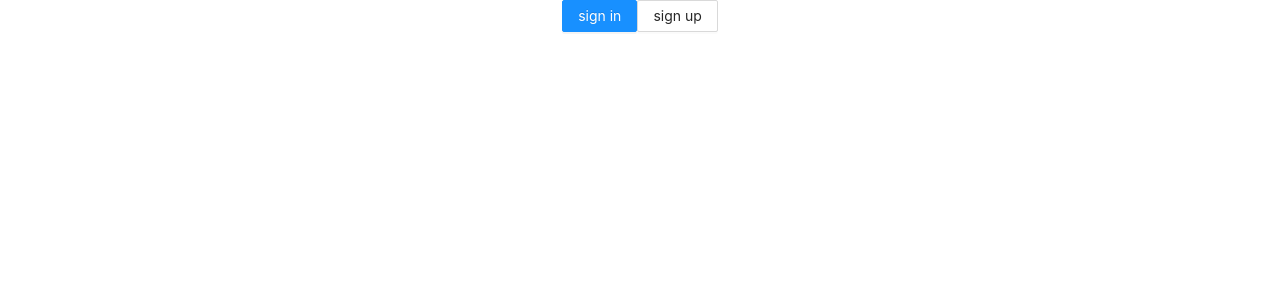
Repository: ErosHai/antd-demo
Page: /
An editor plug-in stored every save of this project. The page is shown before and after the next save, followed by the edit.
The browser window is 1280 px wide. The pictures show the whole page.
The project was rebuilt for these pictures with package versions that can differ from the ones it lists, and the page was loaded fresh each time.

Above is the page before, as saved 2022-04-12 13:49:22.

### src/App.js
import './App.css'
import { Button } from 'antd'

function App() {
	return (
		<div className="App">
			<Button type="primary">sign in</Button>
			<Button type="default">sign up</Button>
		</div>
	)
}

export default App

Loaded but not shown: public/index.html (common file); src/index.js (common file); src/index.css (common file); src/reportWebVitals.js (common file); src/App.css (common file)

After the next save:
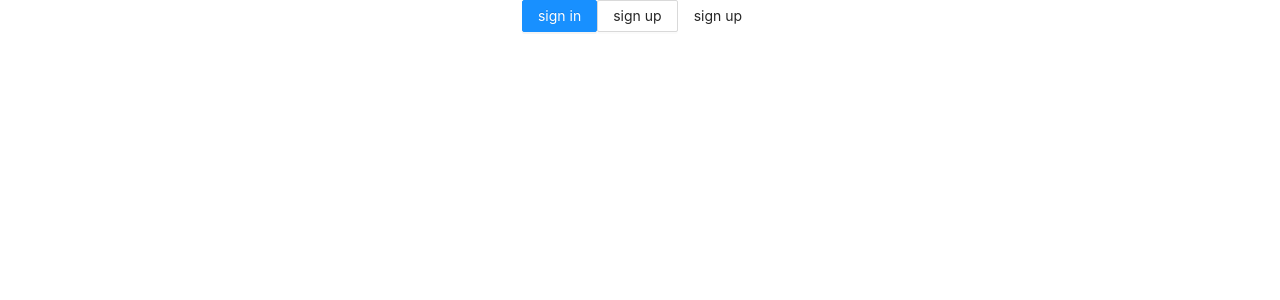
Saved 36 s later.
--- a/src/App.js
+++ b/src/App.js
@@ -6,6 +6,7 @@ function App() {
 		<div className="App">
 			<Button type="primary">sign in</Button>
 			<Button type="default">sign up</Button>
+			<Button type="text">sign up</Button>
 		</div>
 	)
 }
